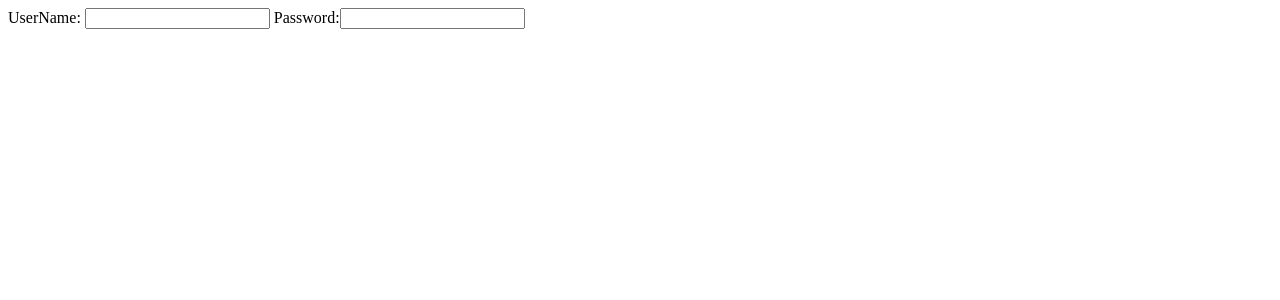
Repository: skpayaya/LabbookM2
Page: LABBOOK SERVLET/Lab2/WebContent/login.html
An editor plug-in stored every save of this project. The page is shown before and after the next save, followed by the edit.
The browser window is 1280 px wide. The pictures show the whole page.

Above is the page before, as saved 2020-04-06 05:39:13.

After the next save:
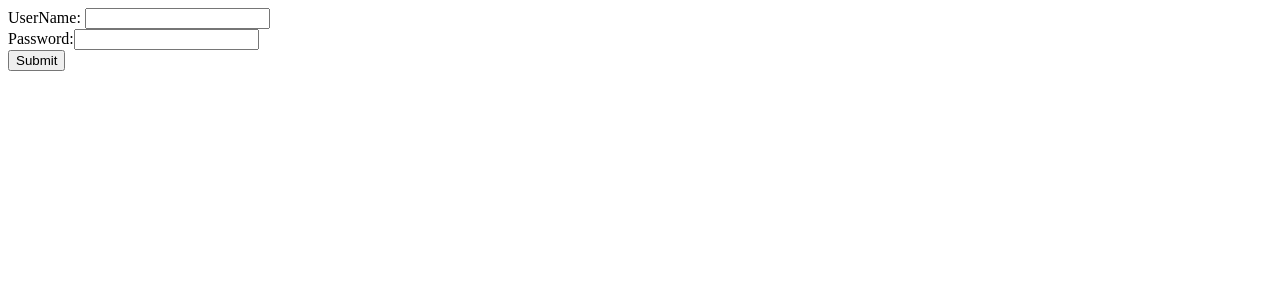
Saved 44 s later.
--- a/LABBOOK SERVLET/Lab2/WebContent/login.html
+++ b/LABBOOK SERVLET/Lab2/WebContent/login.html
@@ -6,7 +6,8 @@
 </head>
 <body>
 UserName:
-<input type="text">
-Password:<input type="text">
+<input type="text"><br>
+Password:<input type="text"><br>
+<input type="submit">
 </body>
 </html>
